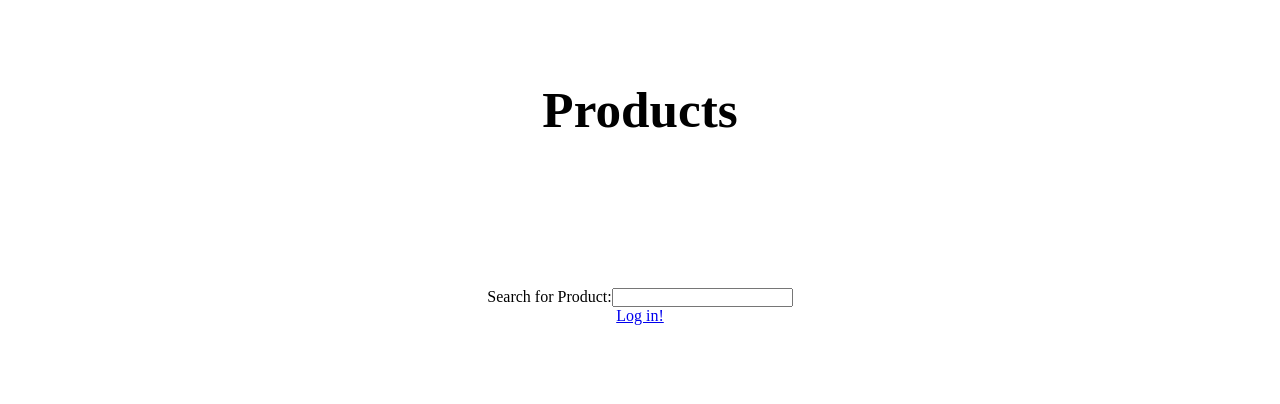
Repository: Andres513/CapStone
Page: /
An editor plug-in stored every save of this project. The page is shown before and after the next save, followed by the edit.
The browser window is 1280 px wide. The pictures show the whole page.
The page's requests for data from a server got no answer. The project was rebuilt for these pictures with package versions that can differ from the ones it lists, and the page was loaded fresh each time. No one was signed in, and anything a server would have sent is missing. Also part of the build but not shown: vite.config.js, src/components/Login.jsx, src/components/SingleProduct.jsx, src/components/ProductsByCategory.jsx, src/components/ProductsByPrices.jsx.

Above is the page before, as saved 2024-04-04 15:21:59.

After the next save:
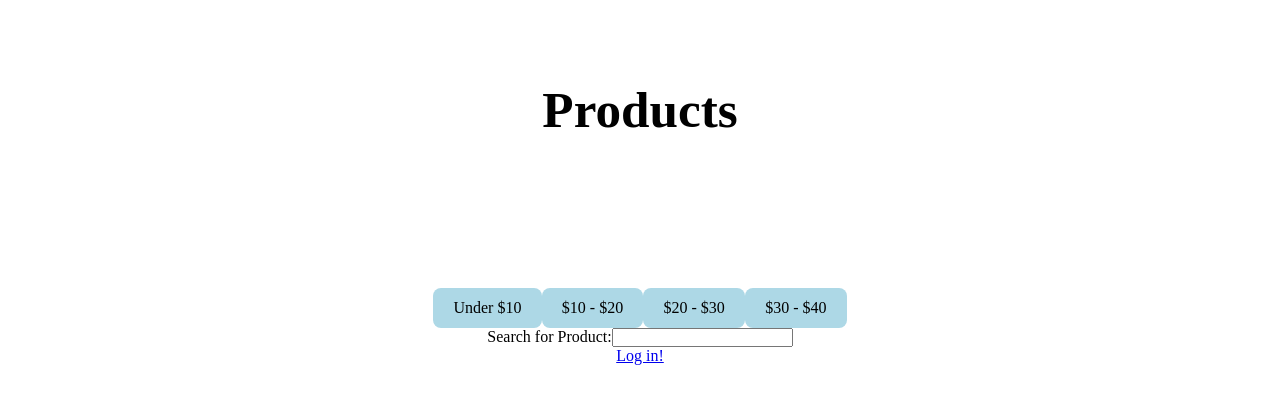
Saved 46 s later.
--- a/src/components/PriceFilter.jsx
+++ b/src/components/PriceFilter.jsx
@@ -1,4 +1,5 @@
 import { useState, useEffect } from "react"
+import { Link } from "react-router-dom"
 
 export default function PriceFilter({products, price}){
     const [ priceRanges, setPriceRanges ] = useState([])
@@ -12,7 +13,21 @@
 
     return (
         <>
-
+         <div>
+            <Link to="/filtered-products" state={{ filteredProducts: filterProductsByPrice(0, 10) }}>
+                <button>Under $10</button>
+            </Link>
+            <Link to="/filtered-products" state={{ filteredProducts: filterProductsByPrice(10, 20) }}>
+                <button>$10 - $20</button>
+            </Link>
+            <Link to="/filtered-products" state={{ filteredProducts: filterProductsByPrice(20, 30) }}>
+                <button>$20 - $30</button>
+            </Link>
+            <Link to="/filtered-products" state={{ filteredProducts: filterProductsByPrice(30, 40) }}>
+                <button>$30 - $40</button>
+            </Link>
+            {error && <p>{error}</p>}
+        </div>
         </>
     )
 }
